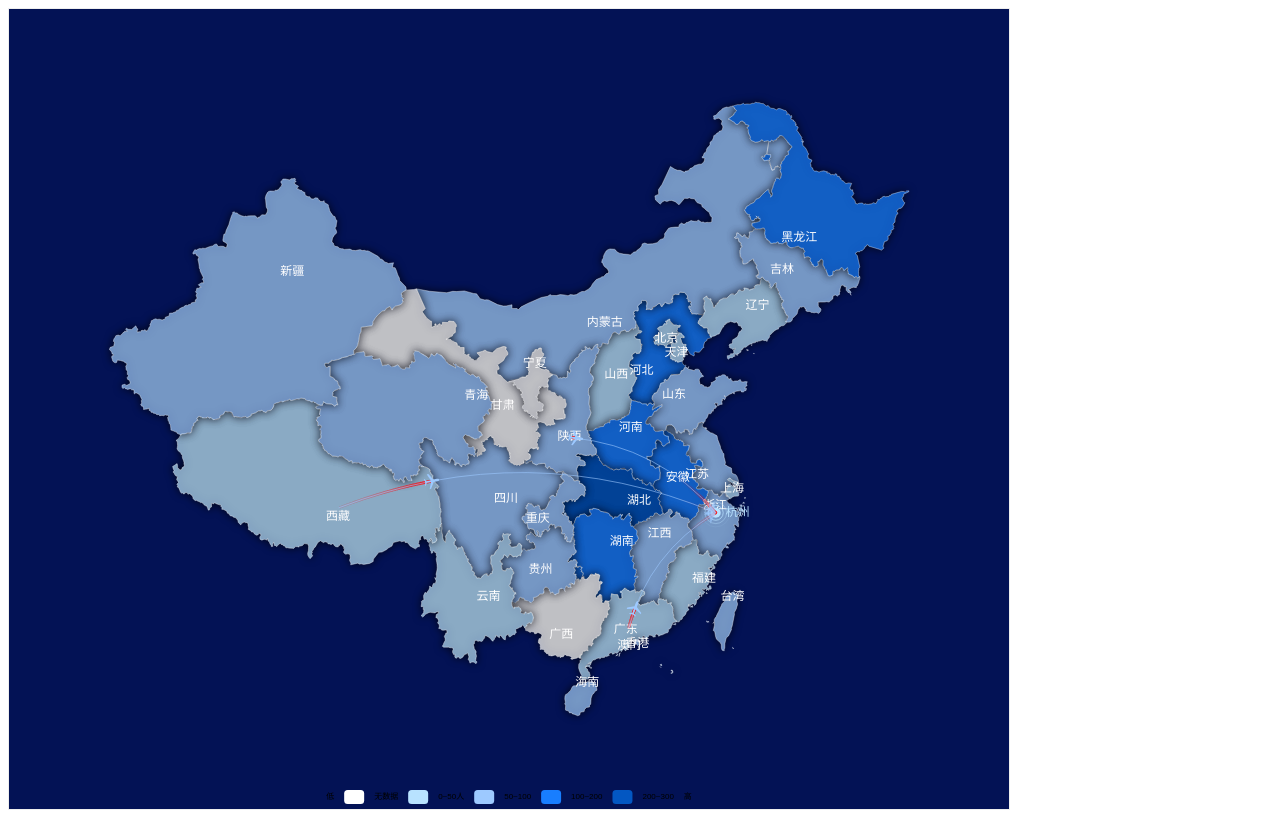
Repository: 572031690/echartssimple
Page: 21.地图常见效果_地图和散点图结合.html
These files come from the project's save history. The page is drawn as it stood at one moment and after the next save; the edit follows.
The browser window is 1280 px wide. The pictures show the whole page.

Above is the page before, as saved 2021-08-11 15:20:40.

### 21.地图常见效果_地图和散点图结合.html
<!DOCTYPE html>
<html lang="en">

<head>
  <meta charset="UTF-8">
  <meta name="viewport" content="width=device-width, initial-scale=1.0">
  <meta http-equiv="X-UA-Compatible" content="ie=edge">
  <title>Document</title>
  <script src="lib/echarts.min.js"></script>
  <script src="lib/jquery.min.js"></script>
</head>

<body>
  <div style="width: 1000px;height:800px;background-color:#031255;border: 1px solid #eee;"></div>

  <script>
    //1. 给series下增加一个新的对象
    //2. 准备数据散点数据  , 配置给series下的另外一个对象
    //3. 配置series下的新对象的type值为effectScatter
    //4. 指明散点图的坐标系统为geo
    //5. 调整涟漪动画效果
    var airData = [
      { name: '北京', value: 39.92,count: 35 },
      { name: '天津', value: 39.13,count: 35 },
      { name: '上海', value: 31.22,count: 35 },
      { name: '重庆', value: 66,count: 35 },
      { name: '河北', value: 147,count: 35 },
      { name: '河南', value: 113,count: 35 },
      { name: '云南', value: 25.04,count: 35 },
      { name: '辽宁', value: 50,count: 35 },
      { name: '黑龙江', value: 114,count: 35 },
      { name: '湖南', value: 175,count: 35 },
      { name: '安徽', value: 117,count: 35 },
      { name: '山东', value: 92,count: 35 },
      { name: '新疆', value: 84,count: 35 },
      { name: '江苏', value: 67,count: 35 },
      { name: '浙江', value: 84,count: 35 },
      { name: '江西', value: 96,count: 35 },
      { name: '湖北', value: 273,count: 35 },
      { name: '广西', value: 0,count: 35 },
      { name: '甘肃', value: 0,count: 35 },
      { name: '山西', value: 39,count: 35 },
      { name: '内蒙古', value: 58,count: 35 },
      { name: '陕西', value: 61,count: 35 },
      { name: '吉林', value: 51,count: 35 },
      { name: '福建', value: 29,count: 35 },
      { name: '贵州', value: 71,count: 35 },
      { name: '广东', value: 38,count: 35 },
      { name: '青海', value: 57,count: 35 },
      { name: '西藏', value: 24 ,count: 35},
      { name: '四川', value: 58,count: 35 },
      { name: '宁夏', value: 0 ,count: 35},
      { name: '海南', value: 54,count: 35 },
      { name: '台湾', value: 88,count: 35 },
      { name: '香港', value: 66,count: 35 },
      { name: '澳门', value: 77,count: 35 },
      { name: '南海诸岛', value: 55 ,count: 35}
    ]
    var scatterData = [
      {
        value: [120.213042, 29.86119]
      }
    ]
    var planePath =
                "path://M1705.06,1318.313v-89.254l-319.9-221.799l0.073-208.063c0.521-84.662-26.629-121.796-63.961-121.491c-37.332-0.305-64.482,36.829-63.961,121.491l0.073,208.063l-319.9,221.799v89.254l330.343-157.288l12.238,241.308l-134.449,92.931l0.531,42.034l175.125-42.917l175.125,42.917l0.531-42.034l-134.449-92.931l12.238-241.308L1705.06,1318.313z";
    var mCharts = echarts.init(document.querySelector("div"))
    $.get('json/map/china.json', function (ret) {
      // ret 就是中国的各个省份的矢量地图数据
      console.log(ret)
      echarts.registerMap('chinaMap', ret)
      var option = {
        tooltip: {//鼠标一上去的信息框
          trigger: 'item'
        },
        geo: {
          type: 'map',
          map: 'chinaMap', // chinaMap需要和registerMap中的第一个参数保持一致
          roam: true, // 设置允许缩放以及拖动的效果
          label: {
            show: true, // 展示标签
            textStyle: {
              fontSize: 12,
              textWeight:900,
              color: 'white'
            }
          },
          itemStyle: {
            normal: {
              areaColor: '#416cbb',//地图区域的颜色。
              borderColor: '#fff',//图形的描边颜色。支持的颜色格式同 color，不支持回调函数。
              shadowColor: 'black',//阴影颜色。#41587f
              shadowBlur: 8,//图形阴影的模糊大小。
              opacity: 0.75//图形透明度
            },
            emphasis: {
              areaColor: '#fdd145',
            }
          }
        },
        series: [
          {
            data: airData,
            geoIndex: 0, // 将空气质量的数据和第0个geo配置关联在一起
            type: 'map',
            tooltip: {
              textStyle: {
                fontSize:10,
              },
              // 利用formatter来自定义tooltip展示的数据
              formatter: function (params,ticket,callback) {
                if (params.value) {
                  return params.name+'<br/>成交量：' + params.value + '单<br/>' + '平均标签价格：' + airData[params.dataIndex].count + '元<br/>'
                } else {
                    callback()
                }
              }
            }
          },
          {
                        name: " 杭州 Top3",
                        type: "lines",
                        zlevel: 1,
                        effect: {
                            show: true,
                            period: 4, // 动画的快慢
                            trailLength: 0.7,
                            color: "red", //arrow箭头的颜色
                            symbolSize: 3
                        },
                        lineStyle: {
                            normal: {
                                color: 'black',
                                width: 0,
                                curveness: 0.2
                            }
                        },
                        data: [{coords:[[91.1865, 30.1465],[120.213042, 29.86119]],fromName:"拉萨",toName:"杭州",value:100},
                        {coords:[[113.5107, 23.2196],[120.213042, 29.86119]],fromName:"广州",toName:"杭州",value:100},
                        {coords:[[109.1162, 34.2004],[120.213042, 29.86119]],fromName:"拉萨",toName:"杭州",value:100}
                      ]
                    },
                    {
                        name: " 杭州 Top3",
                        type: "lines",
                        zlevel: 2,
                        symbol: ["none", "arrow"],
                        symbolSize: 10,
                        effect: {
                            show: true,
                            period: 4,
                            trailLength: 0,
                            symbol: planePath,
                            symbolSize: 15
                        },
                        lineStyle: {
                            normal: {
                                color: 'black',
                                width: 1,
                                opacity: 0.6,
                                curveness: 0.2
                            }
                        },
                        data: [{coords:[[91.1865, 30.1465],[120.213042, 29.86119]],fromName:"拉萨",toName:"杭州",value:100},
                        {coords:[[113.5107, 23.2196],[120.213042, 29.86119]],fromName:"广州",toName:"杭州",value:100},
                        {coords:[[109.1162, 34.2004],[120.213042, 29.86119]],fromName:"拉萨",toName:"杭州",value:100}
                      ]
                    },
                    // {
                    //     name: " 杭州 Top3",
                    //     type: "effectScatter",
                    //     coordinateSystem: "geo",
                    //     zlevel: 2,
                    //     rippleEffect: {
                    //         brushType: "stroke"
                    //     },
                    //     label: {
                    //         normal: {
                    //             show: true,
                    //             position: "right",
                    //             formatter: "{b}"
                    //         }
                    //     },
                    //     symbolSize: function (val) {
                    //         return val[2] / 8;
                    //     },
                    //     itemStyle: {
                    //         normal: {
                    //             color: '#a6c84c'
                    //         },
                    //         emphasis: {
                    //             areaColor: "#2B91B7"
                    //         }
                    //     },
                    //     data: scatterData
                    //     // item[1].map(function (dataItem) {
                    //     //     return {
                    //     //         name: dataItem[1].name,
                    //     //         value: geoCoordMap[dataItem[1].name].concat([dataItem[1].value])
                    //     //     };
                    //     // })
                    // }
          {
            name:'杭州',
            data: scatterData, // 配置散点的坐标数据
            type: 'effectScatter',
            coordinateSystem: 'geo', // 指明散点使用的坐标系统  geo的坐标系统
            rippleEffect: {
              scale: 3, // 设置涟漪动画的缩放比例
              brushType: "stroke"
            },
            label: {
              normal: {
                show: true,
                position: "right",
                formatter: "杭州"
              }
            },
            itemStyle: {
              normal: {
                color: 'black'
              },
              emphasis: {
                areaColor: "#2B91B7"
              }
            },
            tooltip: {
              textStyle: {
                fontSize:10,
              },
              // 利用formatter来自定义tooltip展示的数据
              formatter: function (params,ticket,callback) {
                console.log(params);
                return '公司总部：杭州钢材科技公司'
              }
            }
          }
        ],
        visualMap: {
          // type: 'continuous',
          type: 'piecewise',
          min: 0,
          max: 300,
          text: ['高', '低'],//两端的文本，如 ['High', 'Low']
          showLabel:true,           //是否显示每项的文本标签
          orient:"horizontal",     //图例排列方向 水平horizontal 垂直vertical
          left:"center",
          indicatorStyle: {
            borderColor:'red',
            borderWidth: 1,
          },
          textStyle: {//设置文字颜色（Demo左下组件）
            color: 'black',
            fontSize:8
          },
          // inRange: {
          //   color: ['#B8E2FF','#9DC9FF','#6CADFF','#187EFF', '#0357C2'] // 控制颜色渐变的范围
          // },

          pieces: [
          // 自定义『分段式视觉映射组件（visualMapPiecewise）』的每一段的范围，以及每一段的文字，以及每一段的特别的样式
            { gt: 200, lte: 300, label: "200~300", color: "#0357C2" }, // (500, 900]
            { gt: 100, lte: 200, label: "100~200", color: "#187EFF" }, // (310, 500]
            { gt: 50, lte: 100, label: "50~100", color: "#9DC9FF" }, // (200, 300]
            { gt: 0, lte: 50, label: "0~50人", color: "#B8E2FF" }, // (10, 200]
            { value:0, label: "无数据", color: "#fff" } // [0]
          ],

          // calculable: true // 出现滑块
        }
      }
      mCharts.setOption(option)
    })

  </script>
</body>

</html>

Loaded but not shown: lib/echarts.min.js (library); lib/jquery.min.js (library); json/map/china.json (common file)

After the next save:
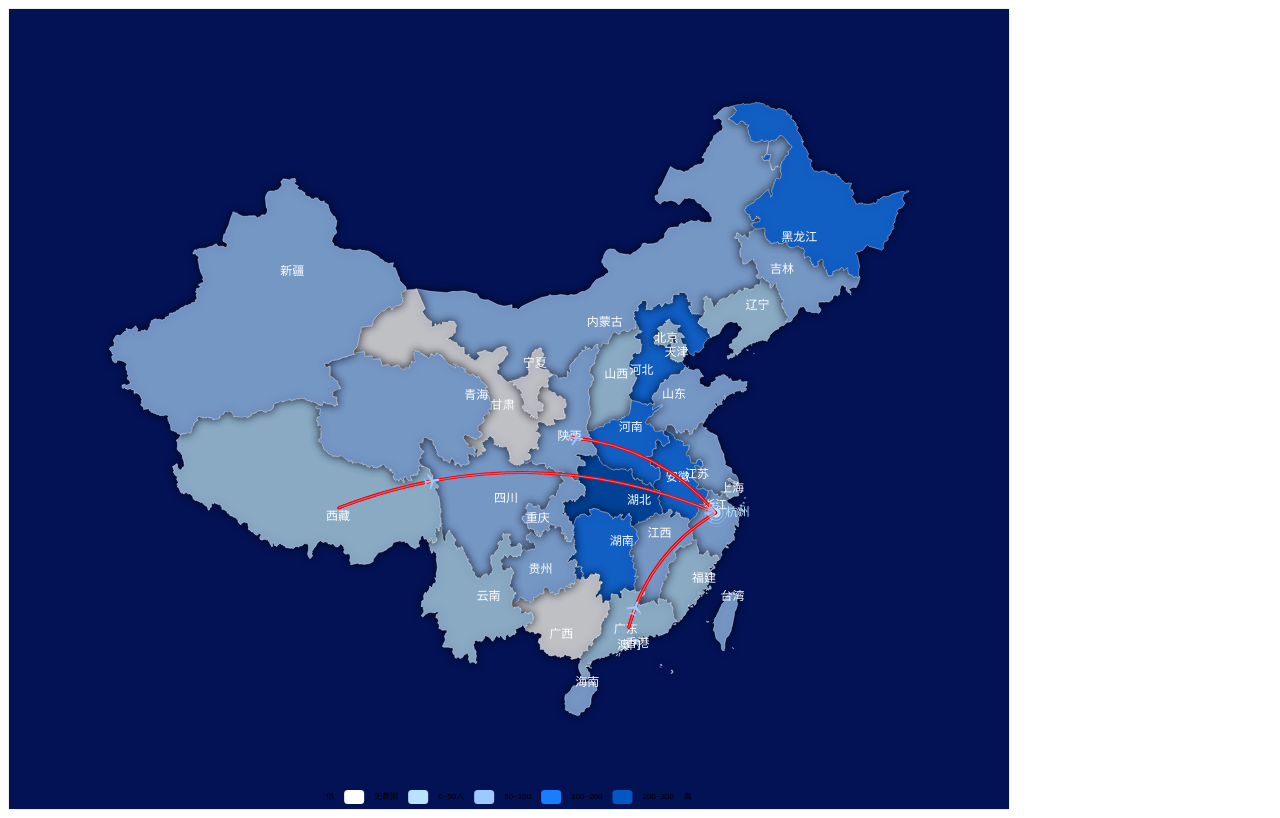
Saved 22 s later.
--- a/21.地图常见效果_地图和散点图结合.html
+++ b/21.地图常见效果_地图和散点图结合.html
@@ -123,7 +123,7 @@
                         effect: {
                             show: true,
                             period: 4, // 动画的快慢
-                            trailLength: 0.7,
+                            trailLength: 1.7,
                             color: "red", //arrow箭头的颜色
                             symbolSize: 3
                         },

After the save that followed:
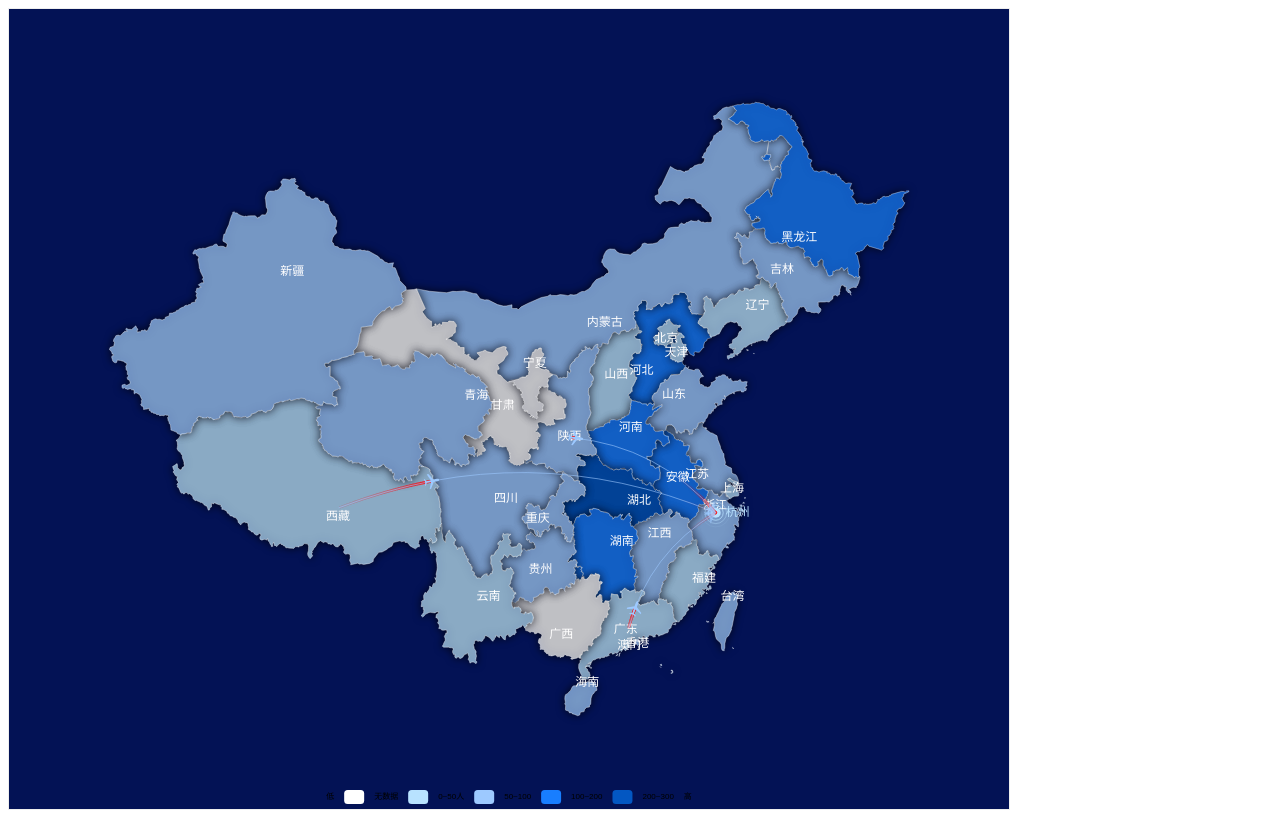
Saved 11 s later.
--- a/21.地图常见效果_地图和散点图结合.html
+++ b/21.地图常见效果_地图和散点图结合.html
@@ -123,7 +123,7 @@
                         effect: {
                             show: true,
                             period: 4, // 动画的快慢
-                            trailLength: 1.7,
+                            trailLength: 0.7,
                             color: "red", //arrow箭头的颜色
                             symbolSize: 3
                         },
